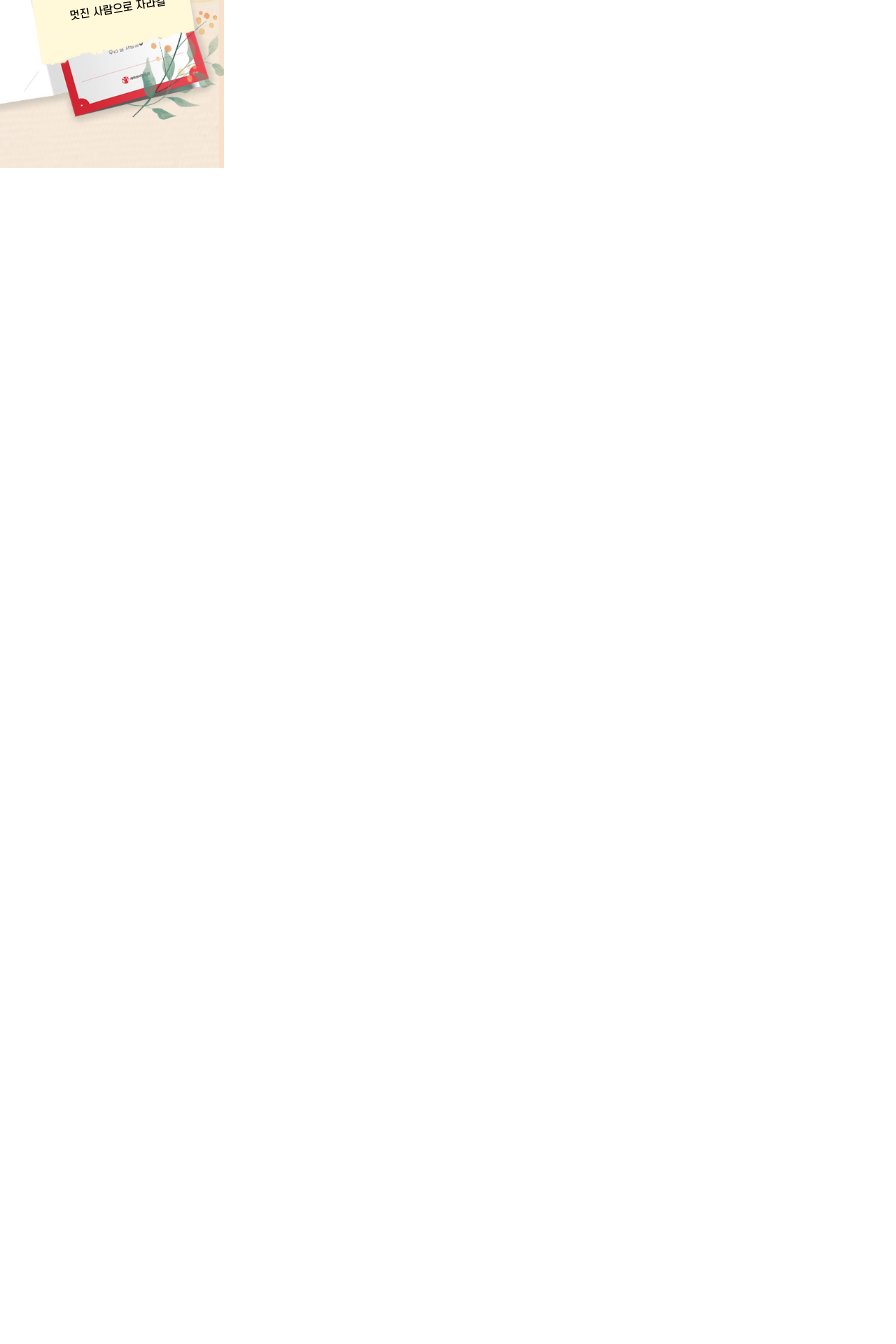
Repository: dlgywls1130/save_the_m320
Page: index.html
An editor plug-in stored every save of this project. The page is shown before and after the next save, followed by the edit.
The browser window is 1280 px wide. The pictures show the part of the page from y = 1690 to 3610 px (the page is 10040 px tall before and 8180 px after), at 70% of full size.

Above is the page before, as saved 2023-12-21 01:15:57.

### index.html
<!DOCTYPE html>
<html lang="en">
<head>
    <meta charset="UTF-8">
    <meta name="viewport" content="width=device-width, initial-scale=1.0">
    <title>세이브더칠드런</title>

    <link rel="stylesheet" href="./css/reset.css">
    <link rel="stylesheet" href="./css/style.css">

</head>
<body>
    <div class="content_body">
        <section class="section_wrapper section01">
            <div class="se01 se_wrapper">
                <div class="seo01_mobile_wrapp">
                    <div class="se01_sub">
                        <div class="sub_logo">
                            <img src="./img/logo01.png" alt="logo">
                        </div>
                        <p>우리 아기 좋은 날 기부</p>
                    </div>
                    <p class="seo01_title">
                        아가야,
                    </p>
                    <p class="seo01_title_two">
                        너의 <span id="rollingText">탄생</span> 순간을 축하해!
                    </p>
                </div>
                <div class="seo01_mobile_wrapp_bottom">
                    <p class="section_descript mb-45">
                        아이의 건강과 행복을
                        <br>바라는 마음을 담아,
                        <br>탄생, 백일, 첫 걸음마, 첫돌 등
                        <br>내 아이의 소중한 순간을
                        <br>기부로 기념해보세요.
                        <br>함께 자라나는 다른 아이들
                        <br>에게도 큰 축복이 됩니다..
                    </p>

                    <a class="donation_link" href="javascript:void(0)">우리 아기 좋은 날 기부</a>
                </div>

            </div>
        </section>
        <section class="section_wrapper section02">
            <div class="se02 se_wrapper">
                <div class="postit_wrapper">
                    <div class="postit postit01">
                        <p>우리 아들 우현이의<br>
                        200일을 축하해.<br>
                        <span>건강하게 자라줘서 고마워 <img src="./img/heart.png"></span>
                        늘 사랑받고 받은 사랑만큼<br>
                        베풀 수 있는 건강하고<br>
                        멋진 아들이 되길 바래!</p>
                    </div>
                    <div class="postit postit02">
                        <p>우리 새로아<Br>
                        백일 동안 무럭무럭 자라줘서<Br>
                        고마워~앞으로도 건강하고<Br>
                        우리 같이 재미있게 많이 놀자.<Br>
                        엄마,아빠가 많이 사랑해.</p>
                    </div>

                    <div class="postit postit05">
                        <p>사랑하는 도현이의<br>
                        첫 어린이날과 첫돌을<br>
                        기념하며, <br>
                        이웃을 사랑하는<br>
                        멋진 사람으로 자라길</p>

                    </div>
                    <!-- <div class="postit postit04">
                        <p>보미야<br>
                        첫 번째 생일 축하해<br>
                        너의 존재가 온 세상에<br>
                        봄이길 바랄게!   </p>
                    </div> -->

                    <!-- <div class="postit postit03">
                        <p>서진아<br>
                        우리에게 와줘서 고마워<br>
                        건강하고 행복하게 자라렴.<br>
                        사랑해♡      </p>
                    </div> -->

                </div>

            </div>
        </section>
        <section class="section_wrapper section03">
            <div class="se_wrapper se03">
                <div class="se_title_co">
                    아기의 좋은 날을<br> 기념해 주신 모든 분들께
                    <br>후원감사증서를 보내드립니다.
                </div>
                <div class="se_sub_co">
                    후원감사증서는<Br> 아기에게 남기고 싶은 메시지와 아기의 좋은 날이 담긴 사진을<br> 보관할 수 있도록
                    만들어드립니다.<br> 먼 훗날, 아기가 성장해 읽게 될 날을 그리며 편지를 써보세요.
                </div>
            </div>

        </section>
        <section class="section_wrapper section04">
            <div class="se_wrapper se04">
                <div class="se_title_co">
                    이름 자수 순면거즈블랭킷
                </div>
                <div class="se_sub_co">
                    30만원 이상 후원하신 분들께는 순면 거즈 아기 블랭킷(90*110)에
                    <Br>원하시는 이름(영문)을 예쁘게 수놓아 드립니다.
                </div>

                <div class="se04_slide mt-85">
                    <div class="se04_slide_list">
                        <img src="./img/slide03.jpg">
                    </div>
                    <div class="se04_slide_list">
                        <img src="./img/slide02.jpg">
                    </div>
                    <div class="se04_slide_list">
                        <img src="./img/slide01.jpg">
                    </div>
                </div>
            </div>
        </section>
        <section class="section_wrapper section05">
            <div class="se_wrapper se05">
                <div class="se_title_co">
                    후원신청 과정
                </div>


                <div class="se_sub_co">
                    30만원 이상 후원해 주신 경우,
                    <br>감사 선물 수령 주소 및 아기 블랭킷에 새겨질 문구 확인을 위한 문자가 발송됩니다.
                </div>

                <div class="se_step_list">
                    <div class="se_step">
                        <p class="step_number">1</p>
                        <div class="step_ico">
                            <img src="./img/icon01.png" alt="img">
                        </div>
                        <p class="step_descript">
                            후원신청하기
                        </p>
                    </div>
                    <div class="se_step">
                        <p class="step_number">2</p>
                        <div class="step_ico">
                            <img src="./img/icon02.png" alt="img">
                        </div>
                        <p class="step_descript">
                            후원감사증서
                            메시지 적기
                        </p>
                    </div>
                </div>
                <div class="se_step_list">
                    <div class="se_step">
                        <p class="step_number">3</p>
                        <div class="step_ico">
                            <img src="./img/icon03.png" alt="img">
                        </div>
                        <p class="step_descript">
                            신청완료
                        </p>
                    </div>
                    <div class="se_step">
                        <p class="step_number">4</p>
                        <div class="step_ico">
                            <img src="./img/icon04.png" alt="img">
                        </div>
                        <p class="step_descript">
                            후원감사증서 발송
                            (1주 이내)
                        </p>
                    </div>
                </div>


                <a class="donation_link" href="javascript:void(0)">우리 아기 좋은 날 기부</a>
            </div>

        </section>
        <section class="section_wrapper section06">
            <div class="se_wrapper se06">
                <div class="se_title_co">
                    후원금, 이렇게 쓰여요!
                </div>
                <div class="se_sub_co">
                    세이브더칠드런은 <Br><span>국내외 아동을 위한 교육,
                    <Br>보호, 보건영양지원,<Br> 아동권리옹호</span> 등의<Br> 활동을 해나가고 있습니다.
                </div>
                <div class="se_sub_co">
                    보내주신 후원금은<Br> 정치, 종교, 인종에 관계없이<Br> 모든 아이를 구해야 한다는
                    <Br>세이브더칠드런의 신념에 따라 <Br><span>가장 도움 필요한 아이를 위해 우선 사용</span>됩니다.
                </div>
            </div>

        </section>
        <section class="section_wrapper section07">
            <div class="se_wrapper se07">
                <div class="se_title_co">
                    FAQ
                </div>
                <div class="accordion">
                    <div class="accordion-item">
                        <h3 class="title">
                            <span>1. 30만원 이상 후원했습니다. <br>거즈 순면 블랭킷은 언제 오나요?</span>
                            <img src="./img/top.png">
                        </h3>
                        <p class="paragraph">
                            우리아기 축하기부로 30만원 이상 후원자님들께는 담요에 수놓을 아기 이름과
                            선물 수령 주소 확인을 위한 문자가 발송됩니다.
                            02-6900-4479로 발송되는 문자 속 설문조사에 답해주세요.
                            확인을 완료하신 분들께는 블랭킷 제작을 담당하고 있는 조니 스튜디오에서
                            아기 이름 자수 작업 완료 후 배송해 드립니다.

                        </p>
                    </div>
                    <div class="accordion-item">
                        <h3 class="title">
                            <span>2. 거즈 순면 블랭킷, 안전한 제품인가요?</span>
                            <img src="./img/top.png">
                        </h3>
                        <p class="paragraph">
                            본 블랭킷은 워싱된 3중 거즈로 제작되었으며, KC안전검사를 완료하였습니다.
                            소재 특성상 섬유 조각이 발생할 수 있어 망에 넣지 않고 3번 정도 물빨래 하시는 것을 권장합니다.

                        </p>
                    </div>
                    <div class="accordion-item">
                        <h3 class="title">
                            <span>3. 거즈 순면 블랭킷을 받았는 데 하자가 있어요. <Br>어떻게 해야 하나요? </span>
                            <img src="./img/top.png">
                        </h3>
                        <p class="paragraph">
                            070-4220-4123 (조니스튜디오 CS)로 전화 연락 부탁드립니다. 하자 물품에 대한 교환은 수령일로부터 7일 이내에 조니스튜디오에 연락해주셔야 하며, 이로 인한 후원금 환불은 어렵습니다.
                        </p>
                    </div>
                    <div class="accordion-item">
                        <h3 class="title">
                            <span>4. 후원감사증서에 넣을 수 있는 사진 사이즈는 <Br>얼마인가요?</span>
                            <img src="./img/top.png">
                        </h3>
                        <p class="paragraph">
                            사진 인화 사이즈 5*7 인치에 맞추어서 제작되었습니다.  그보다 작은 사진일 경우, 후원감사증서
                            내부의 주머니에 넣어 보관하실 수도  있습니다.

                        </p>
                    </div>
                </div>
            </div>

        </section>
        <section class="section_wrapper section08">
            <div class="se_wrapper se08">
                <div class="se08_postion">
                    <p class="se08_title">우리 아기 좋은 날 기부</p>
                    <p class="se08_descript">
                        탄생, 백일, 첫 걸음마, 첫돌...
                        <br>소중한 우리 아기의 성장을 기념해 보세요!
                        <br>아기의 좋은 날이 모여 세상의 행복이 됩니다.
                    </p>
                    <a href="javascript:void(0)" class="more_btn">
                        <p>자세히보기</p>
                        <svg xmlns="http://www.w3.org/2000/svg" width="16" height="16" fill="currentColor" class="bi bi-chevron-right" viewBox="0 0 16 16">
                            <path fill-rule="evenodd" d="M4.646 1.646a.5.5 0 0 1 .708 0l6 6a.5.5 0 0 1 0 .708l-6 6a.5.5 0 0 1-.708-.708L10.293 8 4.646 2.354a.5.5 0 0 1 0-.708z"/>
                        </svg>
                    </a>
                </div>

            </div>
        </section>
    </div>

    <script src="https://ajax.googleapis.com/ajax/libs/jquery/1.12.4/jquery.min.js"></script>
    <script src="./js/main.js"></script>
</body>
</html>

### css/reset.css


html, body, div, span, applet, object, iframe,
h1, h2, h3, h4, h5, h6, p, blockquote, pre,
a, abbr, acronym, address, big, cite, code,
del, dfn, em, img, ins, kbd, q, s, samp,
small, strike, strong, sub, sup, tt, var,
b, u, i, center,
dl, dt, dd, ol, ul, li,
fieldset, form, label, legend,
table, caption, tbody, tfoot, thead, tr, th, td,
article, aside, canvas, details, embed,
figure, figcaption, footer, header, hgroup,
menu, nav, output, ruby, section, summary,
time, mark, audio, video {
	margin: 0;
	padding: 0;
	border: 0;
	font-size: 100%;
	font: inherit;
	vertical-align: baseline;
}

article, aside, details, figcaption, figure,
footer, header, hgroup, menu, nav, section {
	display: block;
}
body {
	line-height: 1;
}
ol, ul {
	list-style: none;
}
blockquote, q {
	quotes: none;
}
blockquote:before, blockquote:after,
q:before, q:after {
	content: '';
	content: none;
}
table {
	border-collapse: collapse;
	border-spacing: 0;
}

### css/style.css

/* root */
:root{
    --main-color:#B17A60;
    --pink-color:#F79497;
}


/* font */

/* dongle */
@font-face {
    font-family: 'Dongle';
    font-weight: 300;
    src: url('../font/Dongle-Light.ttf') format('ttf'),
    url('../font/Dongle-Light.woff') format('woff');
}

@font-face {
    font-family: 'Dongle';
    font-weight: 500;
    src: url('../font/Dongle-Regular.ttf') format('ttf'),
    url('../font/Dongle-Regular.woff') format('woff');
}

@font-face {
    font-family: 'Dongle';
    font-weight: 700;
    src: url('../font/Dongle-Bold.ttf') format('ttf'),
    url('../font/Dongle-Bold.woff') format('woff');
}


/* Gmarket */
@font-face {
    font-family: 'GmarketSans';
    font-weight: 300;
    src: url('../font/GmarketSansLight.ttf') format('ttf'),
    url('../font/GmarketSansLight.woff') format('woff');
}

@font-face {
    font-family: 'GmarketSans';
    font-weight: 500;
    src: url('../font/GmarketSansMedium.ttf') format('ttf'),
    url('../font/GmarketSansMedium.woff') format('woff');
}

@font-face {
    font-family: 'GmarketSans';
    font-weight: 700;
    src: url('../font/GmarketSansBold.ttf') format('ttf'),
    url('../font/GmarketSansBold.woff') format('woff');
}


/* nanumsqure */

@font-face {
    font-family: 'NanumSquare';
    font-weight: 400;
    src: url('../font/NanumSquareL.ttf') format('ttf'),
    url('../font/NanumSquareL.woff') format('woff');
}

@font-face {
    font-family: 'NanumSquare';
    font-weight: 500;
    src: url('../font/NanumSquareR.ttf') format('ttf'),
    url('../font/NanumSquareR.woff') format('woff');
}

@font-face {
    font-family: 'NanumSquare';
    font-weight: 600;
    src: url('../font/NanumSquareB.ttf') format('ttf'),
    url('../font/NanumSquareB.woff') format('woff');
}

@font-face {
    font-family: 'NanumSquare';
    font-weight: 700;
    src: url('../font/NanumSquareEB.ttf') format('ttf'),
    url('../font/NanumSquareEB.woff') format('woff');
}



/* scdream5 */
@font-face {
    font-family: 'SCDream5';
    src: url('../font/SCDream5.woff') format('woff'),
    url('../font/SCDream5.ttf') format('ttf'),
    url('../font/SCDream5.otf') format('otf');
}


.section_wrapper{
    max-width:320px;
    width: 100%;

}

.se_wrapper{
    max-width: 320px;
    width: 100%;
    position: relative;
    box-sizing: border-box;
}


/* section01 */


.section01{
    background: url(../img/back01.jpg) no-repeat;
    height: 1000px;
    background-size: cover;
    background-position: 86%;
}

.se01{
    padding: 60px 20px;
    box-sizing: border-box;
    height: 100%;
    position: relative;
    display: flex;
    flex-direction: column;
    justify-content: space-between;
}
.se01_sub{
    display: flex;
    align-items: center;
    margin-bottom: 30px;
    flex-direction: column;
}

.sub_logo{
    width: 125px;
    height: 40px;
    margin-right: 10px;
}

.sub_logo img{
    width: 100%;
    height: 100%;
    object-fit: contain;
}

.se01_sub p{
    width: 190px;
    height: 30px;
    background: #B17A60;
    border-radius: 15px;
    display: flex;
    align-items: center;
    justify-content: center;
    letter-spacing: -0.03em;
    font-size: 15px;
    font-weight: 700;
    font-family: 'GmarketSans',sans-serif;
    color: #fff;
}

.seo01_title{
    font-family: 'Dongle',sans-serif;
    font-weight: 500;
    font-size: 100px;
    color: var(--main-color);
    letter-spacing: -0.03em;
    text-align: center;
}

.seo01_title_two{
    font-family: 'Dongle',sans-serif;
    font-weight: 500;
    font-size: 50px;
    color: var(--main-color);
    letter-spacing: -0.03em;
    margin-top: -7%;
    margin-bottom: 50px;
    display: flex;
    align-items: center;
    white-space: nowrap;
    text-align: center;
}

.seo01_title_two span{
    margin: 0 0.5rem;
}
.section_descript{
    font-size: 15px;
    line-height: 25px;
    font-family: 'GmarketSans';
    font-weight: 500;
    letter-spacing: -0.03em;
    color: #000;
    text-align: center;
}

.donation_link{
    width: 300px;
    height: 50px;
    border-radius: 100px;
    display: flex;
    align-items: center;
    justify-content: center;
    background: var(--pink-color);
    color: #fff;
    font-family: 'GmarketSans';
    font-size: 20px;
    font-weight: 700;
    letter-spacing: -0.03em;
    text-decoration: none;
    margin: 40px auto 0;
}


@keyframes roll {
    from {
        transform: translateY(40%);
        opacity: 0;
    }
    to {
        transform: translateY(0);
        opacity: 1;
    }
  }


  #rollingText.animate-text {
    animation: roll 0.5s ease-in-out;
}

/* section02 */

.section02{
    height: 2800px;
    background: url('../img/back02.jpg') no-repeat;
}

.se02{
    box-sizing: border-box;
    height: 100%;
}
.postit_wrapper{
    width: 100%;
    padding: 40px 20px;
    position: relative;
    display: flex;
    flex-direction: column;
    align-items: center;
    box-sizing: border-box;
}

.ex_text{
    font-family: 'GmarketSans';
    font-size: 20px;
    font-weight: 500;
    letter-spacing: -0.03em;
}


.postit p img{
    width: 15px;
    height: auto;
    object-fit: contain;
}
.postit p{
    font-family: 'SCDream5';
    font-size: 15px;
    line-height: 25px;
    text-align: center;
    display: flex;
    justify-content: center;
    align-items: center;
    flex-direction: column;
    height: 100%;
}

.postit01{
    background:url('../img/post04.png') no-repeat;
    width: 285px;
    height: 300px;
    background-size: contain;
    box-sizing: border-box;
}

.postit01 p{
    transform: rotate(358deg);
}

.postit02{
    background: url('../img/post05.png') no-repeat;
    width: 285px;
    height: 300px;
    background-size: contain;
    box-sizing: border-box;
    margin-top: -27%;
}

.postit02 p{
    transform: rotate(7deg);
}

.postit03{
    background:url('../img/post02.png') no-repeat;
    width: 285px;
    height: 300px;
    background-size: contain;
    box-sizing: border-box;
    margin-top: -25%;
    transform: rotate(-14deg);
}

.postit03 p{
    transform: rotate(-7deg);
}

.postit04{
    background: url(../img/post03.png) no-repeat;
    width: 285px;
    height: 300px;
    background-size: cover;
    box-sizing: border-box;
    margin-top: -24%;
    transform: rotate(14deg);
}

.postit04 p{
    transform: rotate(7deg);
}

.postit05{
    background:url('../img/post01.png') no-repeat;
    width: 285px;
    height: 300px;
    background-size: contain;
    box-sizing: border-box;
    margin-top: -22%;
}

.postit05 p{
    transform: rotate(-9deg);
}

/* section03 */

.section03{
    height: 1200px;
    background: url('../img/back03.jpg') no-repeat;
}

.se03{
    padding: 200px 60px 96px;
    box-sizing: border-box;
    height: 100%;
}


.se_title_co{
    font-size: 80px;
    line-height: 80px;
    letter-spacing: -0.03em;
    font-family: 'Dongle';
    font-weight: 500;
    color: var(--main-color);
    text-align: center;
}

.se_sub_co{
    font-size: 20px;
    letter-spacing: -0.03em;
    line-height: 30px;
    font-family: 'GmarketSans';
    font-weight: 500;
    text-align: center;
    margin-top: 30px;
}

/* section04 */

.section04{
    height: 1740px;
    background: url('../img/back04.jpg') no-repeat;
}

.se04{
    padding: 80px 0 130px;
    box-sizing: border-box;
    height: 100%;
}

.se04_slide{
    margin: 60px auto 0;
    padding: 0 60px;
}


.se04_slide_list{
    width: 520px;
    height: 440px;
    border-radius: 9px;
    margin-bottom: 25px;
}

.se04_slide_list img{
    width:100%;
height: 100%;
object-fit: cover;
border-radius: 15px;
}
/* section05 */
.section05{
    height: 1000px;
    background: url('../img/back05.jpg') no-repeat;
}

.se05{
    padding: 80px 60px 140px;
    box-sizing: border-box;
    height: 100%;
}

.se_step_list{
    display: flex;
    align-content: center;
    margin-top: 20px;
    position: relative;
    flex-wrap: wrap;
    justify-content: space-between;
}


.se_step_list .se_step{
    position: relative;
    display: flex;
    flex-direction: column;
    align-items: center;
}

.step_number{
    font-size: 25px;
    letter-spacing: -0.03em;
    line-height: 35px;
    font-weight: 700;
    font-family: 'GmarketSans';
    position: absolute;
    left: 19%;
    top: 0;
    color: var(--main-color);
    z-index: 2;
}

.se_step_list .se_step .step_ico{
    width: 200px;
    height: 200px;
    border-radius: 50%;
    background-color: #fff;
    display: flex;
    align-items: center;
    justify-content: center;
    position: relative;
    z-index: 1;
}

.se_step_list .se_step .step_ico img {
    width: 138px;
    height: 138px;
    object-fit: contain;
    object-position: 73%;
}

.step_descript{
    font-size: 20px;
    letter-spacing: -0.03em;
    line-height: 23px;
    font-weight: 500;
    font-family: 'GmarketSans';
    text-align: center;
    margin-top: 20px;
    color: var(--main-color);
}


.section05 .donation_link{
    margin: 70px auto 0;
}


/* section06 */
.section06{
    height:800px;
    background: url('../img/back06.jpg') no-repeat;
}

.se06{
    padding: 155px 0;
    height: 100%;
    box-sizing: border-box;
}


.se_sub_co span{
    font-weight: 700;
}
/* section07 */

.section07{
    height:1000px;
    background: url('../img/back07.jpg') no-repeat;
}

.se07{
    padding: 100px 0;
    height: 100%;
    box-sizing: border-box;
}


.accordion{
    margin-top: 38px;
}
.accordion-item {
    padding:15px 30px;
    margin: 0;
    overflow: hidden;
}

.accordion-item .title {
    display: flex;
    justify-content: space-between;
    align-items: center;
    font-weight: 700;
    font-size: 20px;
    line-height: 30px;
    letter-spacing: -0.03em;
    cursor: pointer;
    width: 100%;
    height: 100px;
    border-radius: 50px;
    background-color: #fff;
    color: var(--main-color);
    padding: 0 50px;
    font-family: 'GmarketSans';
    box-sizing: border-box;
    text-indent: -10px;
}

.accordion-item .title img {
    font-size: 0.9rem;
    color: #454545;
    transform: rotate(0);
    transition: transform 0.15s ease;
}

.accordion-item .paragraph {
    font-weight: 500;
    font-size: 20px;
    letter-spacing: -0.03em;
    color: #000;
    display: none;
    padding: 30px 35px 15px;
    list-style: inside;
    line-height: 30px;
    font-family: 'GmarketSans';
}

.accordion-item .paragraph .indent{
    text-indent: 1rem;
}


.accordion-item .paragraph span{
    font-weight: bold;
}

.accordion-item.active .title img{
    transform: rotate(180deg);
}

.accordion-item.active .paragraph {
    display: block;
}


/* section08 */

.section08{
    height:500px;
    background: url('../img/banner.jpg') no-repeat;
}
.se08{
    position: relative;
    height: 100%;
}

.se08_postion{
    display: flex;
    align-items: center;
    justify-content: center;
    flex-direction: column;
    height: 100%;
}

.se08_title{
    font-family: 'NanumSquare';
    font-weight: 600;
    font-size: 30px;
    letter-spacing: -0.05em;
    line-height: 50px;
    position: relative;
    text-align: center;
    margin-bottom: 30px;
}



.se08_descript{
    font-family: 'NanumSquare';
    font-weight: 500;
    font-size: 20px;
    line-height: 30px;
    letter-spacing: -0.05em;
    text-align: center;
}

.more_btn{
    margin-top: 38px;
    width: 150px;
    height: 40px;
    background: #543F2C;
    display: flex;
    align-items: center;
    justify-content: center;
    text-decoration: none;
}

.more_btn p{
    font-family: 'NanumSquare';
    font-weight: 500;
    font-size: 18px;
    color: #fff;

}

.more_btn svg{
    fill: #fff;
}

Loaded but not shown: js/main.js (46 lines, source omitted)

After the next save:
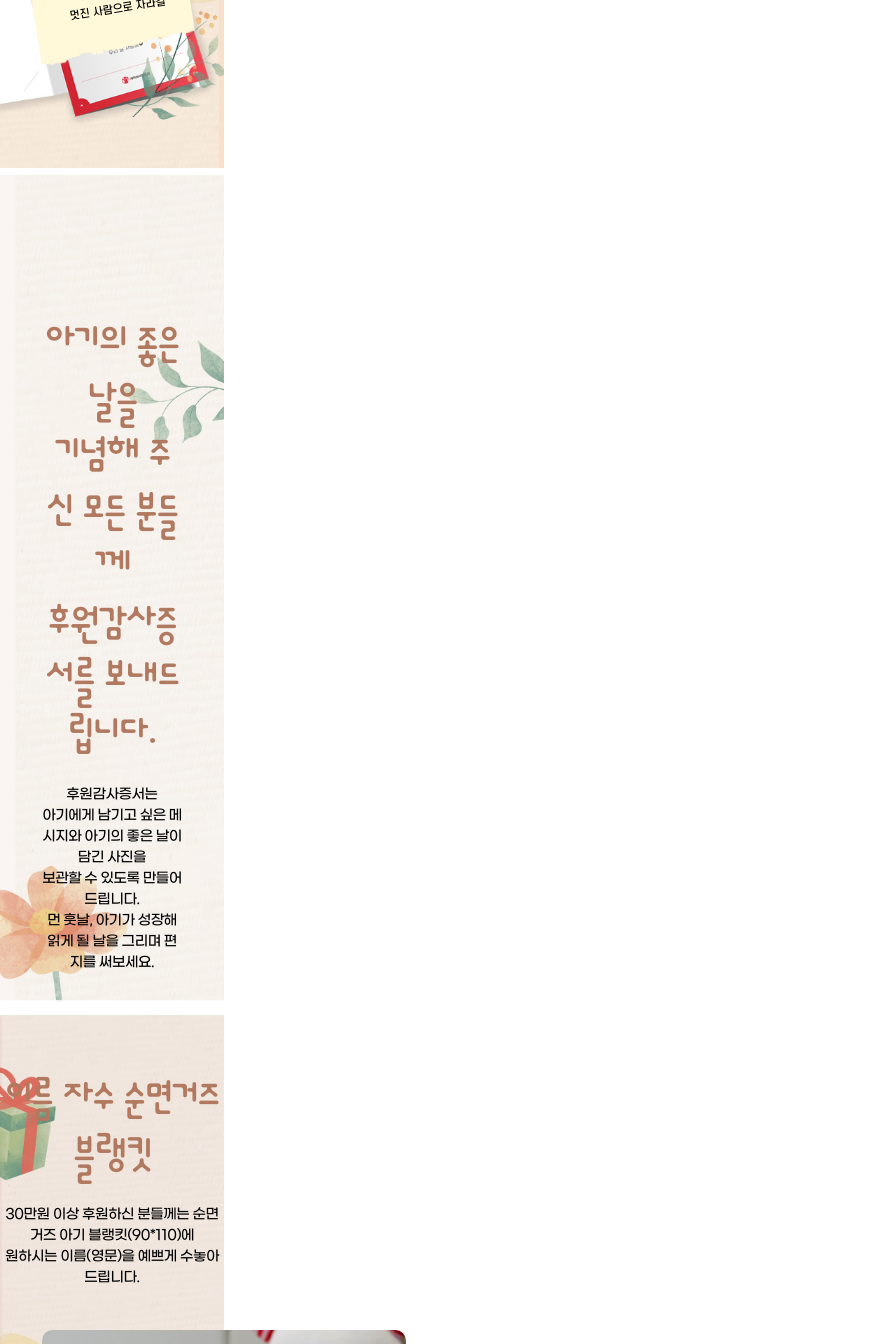
Saved 24 s later.
--- a/css/style.css
+++ b/css/style.css
@@ -235,7 +235,7 @@
 /* section02 */
 
 .section02{
-    height: 2800px;
+    height: 940px;
     background: url('../img/back02.jpg') no-repeat;
 }
 
